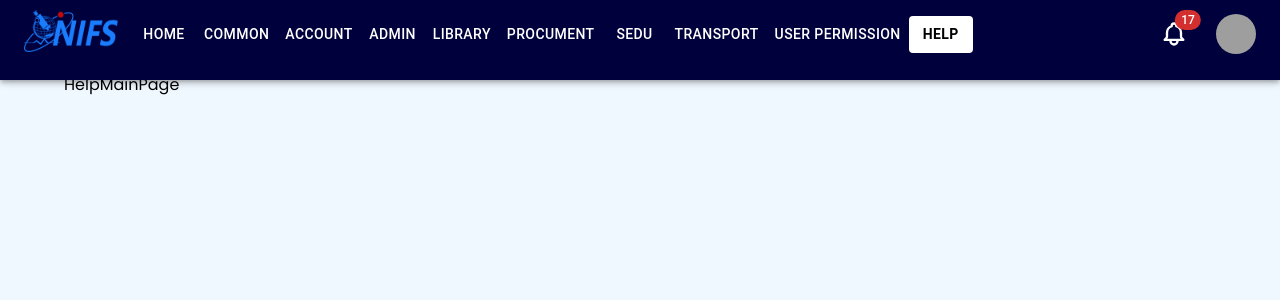
Repository: virangaj/NIFS-WebApp
Page: /help (app in client/)
An editor plug-in stored every save of this project. The page is shown before and after the next save, followed by the edit.
The browser window is 1280 px wide. The pictures show the whole page.
Pictures or frames that could not be fetched are drawn as grey boxes. The project was rebuilt for these pictures with package versions that can differ from the ones it lists, and the page was loaded fresh each time. Also part of the build but not shown: client/src/pages/Login.tsx, client/src/pages/Home.tsx, client/src/components/Transport/shared/TransportNavbar.js, client/src/pages/TransportMainPage.tsx, client/src/pages/CommonMainPage.tsx, client/src/pages/AccountMainPage.tsx, client/src/pages/AdminMainPage.tsx, client/src/pages/LibraryMainPage.js and 16 more.

Above is the page before, as saved 2022-07-27 22:06:30.

### client/public/index.html
<!DOCTYPE html>
<html lang="en">
	<head>
		<meta charset="utf-8" />
		<link rel="icon" href="nifs_logo.png" />
		<meta name="viewport" content="width=device-width, initial-scale=1" />
		<meta name="theme-color" content="#000000" />
		<meta
			name="description"
			content="Web site created using create-react-app"
		/>
		<link rel="apple-touch-icon" href="%PUBLIC_URL%/logo192.png" />
		<!--
      manifest.json provides metadata used when your web app is installed on a
      user's mobile device or desktop. See https://developers.google.com/web/fundamentals/web-app-manifest/
    -->
		<link rel="manifest" href="%PUBLIC_URL%/manifest.json" />
		<!--
      Notice the use of %PUBLIC_URL% in the tags above.
      It will be replaced with the URL of the `public` folder during the build.
      Only files inside the `public` folder can be referenced from the HTML.

      Unlike "/favicon.ico" or "favicon.ico", "%PUBLIC_URL%/favicon.ico" will
      work correctly both with client-side routing and a non-root public URL.
      Learn how to configure a non-root public URL by running `npm run build`.
    -->
		<link
			href="https://fonts.googleapis.com/css?family=Poppins"
			rel="stylesheet"
		/>
		<title>NIFS Dashboard</title>
	</head>
	<body>
		<noscript>You need to enable JavaScript to run this app.</noscript>
		<div id="root"></div>
		<!--
      This HTML file is a template.
      If you open it directly in the browser, you will see an empty page.

      You can add webfonts, meta tags, or analytics to this file.
      The build step will place the bundled scripts into the <body> tag.

      To begin the development, run `npm start` or `yarn start`.
      To create a production bundle, use `npm run build` or `yarn build`.
    -->
	</body>
</html>

### client/src/index.css
* {
  margin: 0;
}

body {
  font-family: 'Poppins';
  -webkit-font-smoothing: antialiased;
  -moz-osx-font-smoothing: grayscale;
  background-color: aliceblue;
}

:root {
  --main-navbar-back: #00003c;
  --nav-title-section-back: rgba(4, 34, 80, 0.589);
  --white: #fff;
  --black: #000;
  --gray: rgba(68, 68, 68, 0.432);
  --border-radius: 10px;
  --pimary: rgb(10, 94, 133);
  --warning: #ed3d63;
}


.nav-logo {
  width: 100px;
  height: auto;
}

a {
  text-decoration: none;
}


/* main navbar */
.main-navbar {
  background-color: var(--main-navbar-back) !important;
  width: 100% !important;
  height: 80px !important;

}



/* secondary navbar */
.secondary-navbar {
  margin-top: 10vh !important;
  margin: auto;
}

.nav-flex-section {
  display: flex;
  justify-content: center;
}

.nav-flex-inside {
  margin-left: 5px;
  margin-left: 5px;
}

.nav-title {
  font-size: 15px;
  text-align: center;
  color: var(--white);
  font-weight: 600;

}

.nav-title-section {
  border-radius: var(--border-radius);
  background-color: var(--nav-title-section-back);
  box-shadow: rgba(100, 100, 111, 0.2) 0px 7px 29px 0px;
  pointer-events: none;


}

.nav-icon {
  font-size: 30px;
}

.nav-link {
  display: flex;
  flex-direction: column;
  align-items: center;
  font-size: 15px;
  margin-left: 10px;
  margin-left: 10px;
  border: none;
  box-shadow: rgba(100, 100, 111, 0.2) 0px 7px 29px 0px;
  padding: 4px 8px 6px 8px;
  margin-bottom: 10px;
  text-align: center;
  width: 125px;
  border-radius: var(--border-radius);
  background-color: var(--white);
  outline: none;
  height: 100px;

}

.nav-link:hover {
  color: var(--pimary);
  cursor: pointer;
  box-shadow: rgba(81, 146, 177, 0.2) 0px 7px 29px 0px;
  background-color: rgb(254, 255, 205);
  border-bottom: 2px solid var(--warning);

}


.nav-link:active {
  color: var(--pimary);
  cursor: pointer;
  box-shadow: rgba(81, 146, 177, 0.2) 0px 7px 29px 0px;
  background-color: rgb(205, 248, 255);
  border-bottom: 2px solid var(--warning);
}

.nav-link-active {
  color: var(--pimary);
  cursor: pointer;
  box-shadow: rgba(81, 146, 177, 0.2) 0px 7px 29px 0px;
  background-color: rgb(205, 248, 255);
  border-bottom: 2px solid var(--warning);
}

/* body content*/
.body-content {
  margin: auto;
  width: 90%;
  margin-top: 10vh;

}

/* main page content */
.main-content {
  width: 80%;
  margin: auto;
  margin-top: 20px;
}

/* sub page content */






/* error page */
.error-page {
  border: 2px solid var(--gray);
  border-radius: var(--border-radius);
  height: 50vh;
  width: 50vw;
  margin: auto;
  margin-top: 50px;
}

.error-page-content {
  text-align: center;
  margin-top: 50px;
}

.error-page-content h1 {
  font-size: 100px;
  color: var(--warning);
  font-weight: 700;
  pointer-events: none;

}

.error-page-content p {
  font-size: 20px;
  margin-bottom: 20px;
  pointer-events: none;
}

### client/src/App.tsx
import React, { useEffect } from 'react';
import Navbar from './components/shared/Navbar';
import Login from './pages/Login'
import { BrowserRouter as Router, Route, Routes } from 'react-router-dom'
import Home from './pages/Home';
import TransportMainPage from './pages/TransportMainPage';
import CommonMainPage from './pages/CommonMainPage';
import AccountMainPage from './pages/AccountMainPage';
import AdminMainPage from './pages/AdminMainPage';
import LibraryMainPage from './pages/LibraryMainPage';
import ProcumentMainPage from './pages/ProcumentMainPage';
import SeduMainPage from './pages/SeduMainPage';
import UserPermissionMainPage from './pages/UserPermissionMainPage';
import NotificationMainPage from './pages/NotificationMainPage';
import HelpMainPage from './pages/HelpMainPage';
import ErrorPage from './pages/ErrorPage';

function App() {


  return (
    <Router>
      <Navbar />
      <Routes>

        <Route path="/login" element={<Login />} />
        <Route path="/" element={<Home />} />
        <Route path="/common/*" element={<CommonMainPage />} />
        <Route path="/account/*" element={<AccountMainPage />} />
        <Route path="/admin/*" element={<AdminMainPage />} />
        <Route path="/library/*" element={<LibraryMainPage />} />
        <Route path="/procument/*" element={<ProcumentMainPage />} />
        <Route path="/sedu/*" element={<SeduMainPage />} />
        <Route path="/transport/*" element={<TransportMainPage />} />
        <Route
          path="/user-permission/*"
          element={<UserPermissionMainPage />}
        />
        <Route
          path="/notification/*"
          element={<NotificationMainPage />}
        />
        <Route path="/help/*" element={<HelpMainPage />} />
        <Route path="/error-404" element={<ErrorPage />} />
      </Routes>


    </Router>
  );
}

export default App;

### client/src/components/shared/Navbar.tsx
import * as React from 'react';
import AppBar from '@mui/material/AppBar';
import Box from '@mui/material/Box';
import Toolbar from '@mui/material/Toolbar';
import IconButton from '@mui/material/IconButton';
import Typography from '@mui/material/Typography';
import Menu from '@mui/material/Menu';
import Container from '@mui/material/Container';
import Avatar from '@mui/material/Avatar';
import Button from '@mui/material/Button';
import Tooltip from '@mui/material/Tooltip';
import MenuItem from '@mui/material/MenuItem';
import { HiMenuAlt2, HiOutlineBell } from "react-icons/hi";
import Badge from '@mui/material/Badge';
import Logo from '../../images/nifs_logo.png'
import { Link, useLocation } from 'react-router-dom';
const pages = [
    {
        id: 0,
        title: 'Home',
        link: '/',
    },
    {
        id: 1,
        title: 'Common',
        link: '/common',
    },
    {
        id: 2,
        title: 'Account',
        link: '/account',
    },
    {
        id: 3,
        title: 'Admin',
        link: '/admin',
    },
    {
        id: 4,
        title: 'Library',
        link: '/library',
    },
    {
        id: 5,
        title: 'Procument',
        link: '/procument',
    },
    {
        id: 6,
        title: 'SEDU',
        link: '/sedu',
    },
    {
        id: 7,
        title: 'Transport',
        link: '/transport',
    },
    {
        id: 8,
        title: 'User Permission',
        link: '/user-permission',
    },
    // {
    //     id: 9,
    //     title: 'Notification',
    //     link: '/notification',
    // },
    {
        id: 10,
        title: 'Help',
        link: '/help',
    },
];
const settings = [
    {
        id: 0,
        title: 'Login',
        link: '/login',
    },
];
const Navbar = () => {

    // nav bar function and variables
    const location: any = useLocation();

    const [anchorElNav, setAnchorElNav] = React.useState<null | HTMLElement>(null);
    const [anchorElUser, setAnchorElUser] = React.useState<null | HTMLElement>(null);

    const handleOpenNavMenu = (event: React.MouseEvent<HTMLElement>) => {
        setAnchorElNav(event.currentTarget);
    };
    const handleOpenUserMenu = (event: React.MouseEvent<HTMLElement>) => {
        setAnchorElUser(event.currentTarget);
    };

    const handleCloseNavMenu = () => {
        setAnchorElNav(null);
    };

    const handleCloseUserMenu = () => {
        setAnchorElUser(null);
    };

    return (
        <AppBar position="fixed" className="main-navbar">
            <Container maxWidth="xl">
                <Toolbar disableGutters>
                    {/*Responsive view start here  */}
                    <Box sx={{ display: { xs: 'none', md: 'flex' }, mr: 1 }}>
                        <Link to='/'>
                            <img src={Logo} alt="logo" className="nav-logo" />
                        </Link>
                    </Box>


                    <Box sx={{ flexGrow: 1, display: { xs: 'flex', md: 'none' } }}>
                        <IconButton
                            size="large"
                            aria-label="account of current user"
                            aria-controls="menu-appbar"
                            aria-haspopup="true"
                            onClick={handleOpenNavMenu}
                            color="inherit"
                        >
                            <HiMenuAlt2 />
                        </IconButton>
                        <Menu
                            id="menu-appbar"
                            anchorEl={anchorElNav}
                            anchorOrigin={{
                                vertical: 'bottom',
                                horizontal: 'left',
                            }}
                            keepMounted
                            transformOrigin={{
                                vertical: 'top',
                                horizontal: 'left',
                            }}
                            open={Boolean(anchorElNav)}
                            onClose={handleCloseNavMenu}
                            sx={{
                                display: { xs: 'block', md: 'none' },
                            }}
                        >
                            {pages && pages.map((page, index) => (
                                location.pathname.split('/')[1] === page.link.split('/')[1] ?
                                    <Link to={page.link} style={{ textDecoration: 'none' }} key={index}>
                                        <Button

                                            onClick={handleCloseNavMenu}
                                            sx={{ my: 2, color: 'white', display: 'block' }}
                                            style={{ backgroundColor: '#000', color: '#fff', fontWeight: 700 }}
                                        >
                                            {page.title}
                                        </Button>
                                    </Link>
                                    :
                                    <Link to={page.link} style={{ textDecoration: 'none' }} >
                                        <Button
                                            key={page.id}
                                            onClick={handleCloseNavMenu}
                                            sx={{ my: 2, color: 'white', display: 'block' }}
                                            style={{ backgroundColor: '#fff', color: '#000' }}
                                        >
                                            {page.title}
                                        </Button>
                                    </Link>
                            ))}
                        </Menu>
                    </Box>
                    {/* Responsive view ends here */}

                    {/* Full width starts here */}
                    <Box
                        sx={{
                            mr: 2,
                            display: { xs: 'flex', md: 'none' },
                            flexGrow: 1,
                        }}
                    >
                        <Link to='/'>
                            <img src={Logo} alt="logo" className="nav-logo" />
                        </Link>
                    </Box>

                    <Box sx={{ flexGrow: 1, display: { xs: 'none', md: 'flex' } }}>
                        {pages.map((page, index) => (
                            location.pathname.split('/')[1] === page.link.split('/')[1] ?
                                <Link to={page.link} style={{ textDecoration: 'none' }} key={index}>
                                    <Button
                                        onClick={handleCloseNavMenu}
                                        sx={{ my: 2, color: 'white', display: 'block' }}
                                        style={{ backgroundColor: '#fff', color: '#000', fontWeight: 700 }}


                                    >
                                        {page.title}
                                    </Button>
                                </Link>
                                :
                                <Link to={page.link} style={{ textDecoration: 'none' }} >
                                    <Button
                                        key={page.id}
                                        onClick={handleCloseNavMenu}
                                        sx={{ my: 2, color: 'white', display: 'block' }}

                                    >
                                        {page.title}
                                    </Button>
                                </Link>
                        ))}
                    </Box>
                    <IconButton
                        size="large"
                        aria-label="show 17 new notifications"
                        color="inherit"
                        sx={{ mr: 2 }}
                    >
                        <Badge badgeContent={17} color="error">
                            <HiOutlineBell />
                        </Badge>
                    </IconButton>
                    <Box sx={{ flexGrow: 0 }}>
                        <Tooltip title="Open settings">
                            <IconButton onClick={handleOpenUserMenu} sx={{ p: 0 }}>
                                <Avatar alt="Remy Sharp" src="/static/images/avatar/2.jpg" />
                            </IconButton>
                        </Tooltip>
                        <Menu
                            sx={{ mt: '45px' }}
                            id="menu-appbar"
                            anchorEl={anchorElUser}
                            anchorOrigin={{
                                vertical: 'top',
                                horizontal: 'right',
                            }}
                            keepMounted
                            transformOrigin={{
                                vertical: 'top',
                                horizontal: 'right',
                            }}
                            open={Boolean(anchorElUser)}
                            onClose={handleCloseUserMenu}
                        >
                            {settings && settings.map((setting, index) => (
                                <MenuItem key={index} onClick={handleCloseUserMenu}>
                                    <Typography textAlign="center">{setting.title}</Typography>
                                </MenuItem>
                            ))}
                        </Menu>
                    </Box>
                </Toolbar>
            </Container>
        </AppBar>
    );
};
export default Navbar;

### client/src/pages/HelpMainPage.tsx
import React from 'react';

function HelpMainPage() {
	return <div className="body-content">HelpMainPage</div>;
}

export default HelpMainPage;

Loaded but not shown: client/src/index.tsx (common file); client/src/reportWebVitals.ts (common file)

After the next save:
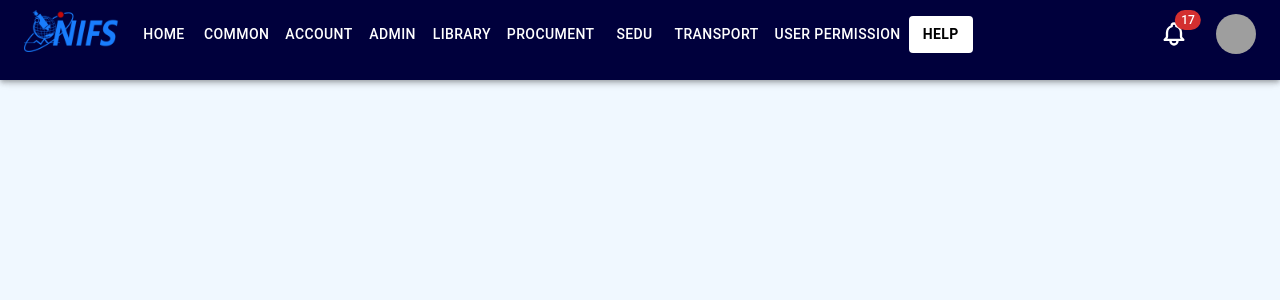
Saved 8 s later.
--- a/client/src/pages/HelpMainPage.tsx
+++ b/client/src/pages/HelpMainPage.tsx
@@ -1,7 +1,7 @@
 import React from 'react';
 
 function HelpMainPage() {
-	return <div className="body-content">HelpMainPage</div>;
+	return <div className="main-content">HelpMainPage</div>;
 }
 
 export default HelpMainPage;

After the save that followed:
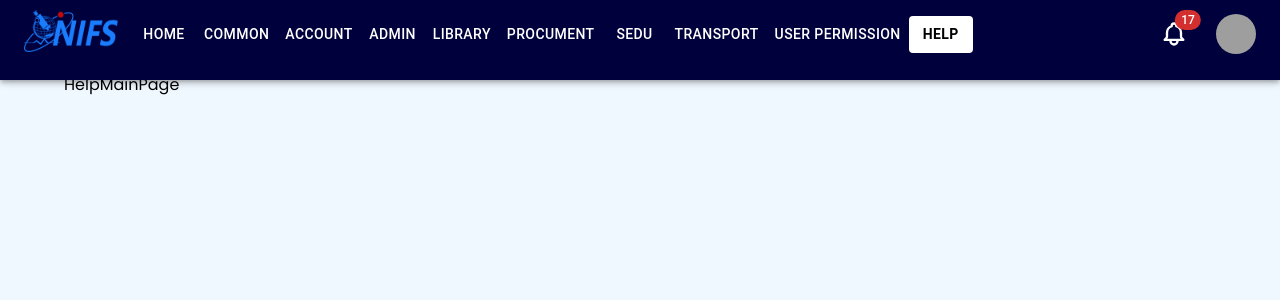
Saved 10 s later.
--- a/client/src/pages/HelpMainPage.tsx
+++ b/client/src/pages/HelpMainPage.tsx
@@ -1,7 +1,7 @@
 import React from 'react';
 
 function HelpMainPage() {
-	return <div className="main-content">HelpMainPage</div>;
+	return <div className="body-content">HelpMainPage</div>;
 }
 
 export default HelpMainPage;
